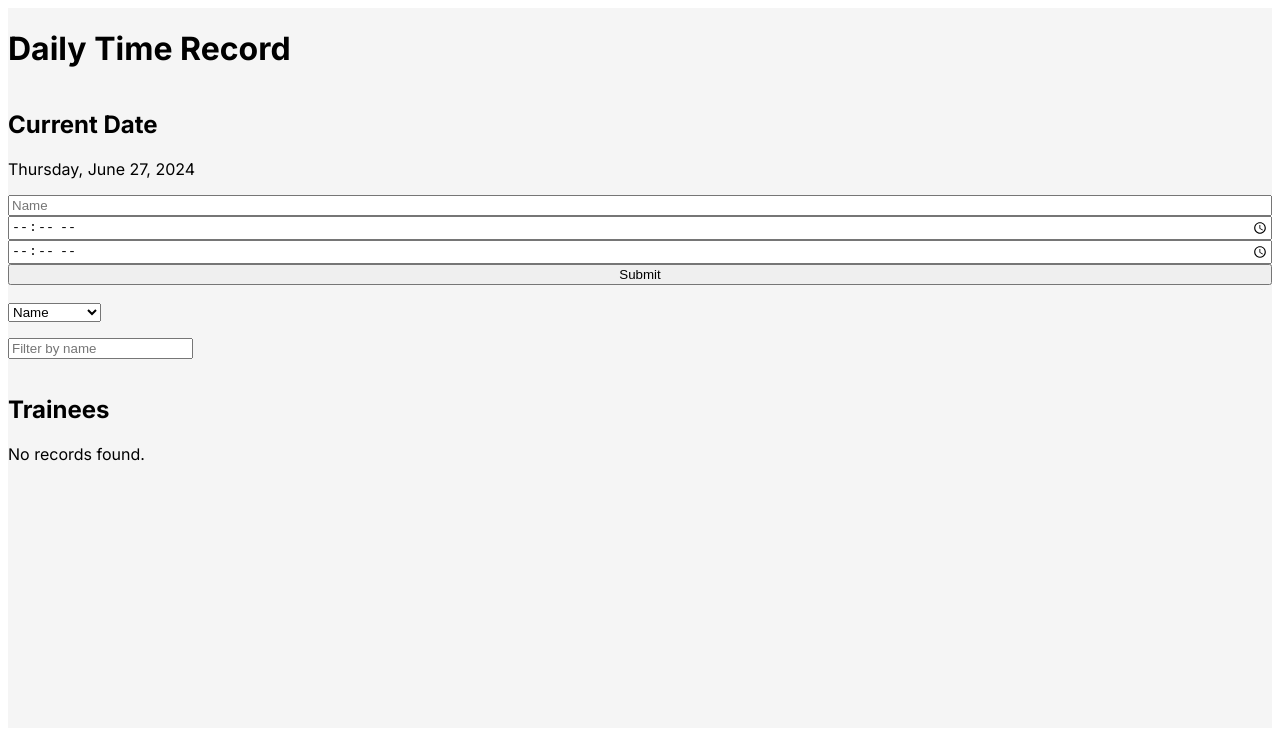
Repository: EeeeeEyyyy/daily_time_record
Page: /
The author's editor kept a copy of each file at every save. The page is drawn from the files as they stood at one save, then again after the next save.
The browser window is 1280 px wide. The pictures show the whole page.
The project was rebuilt for these pictures with package versions that can differ from the ones it lists, and the page was loaded fresh each time. The framework's server and built-in components were replaced by stand-ins that run in the browser. Also part of the build but not shown: next.config.mjs, src/app/globals.css.

Above is the page before, as saved 2024-06-27 14:40:25.

After the next save:
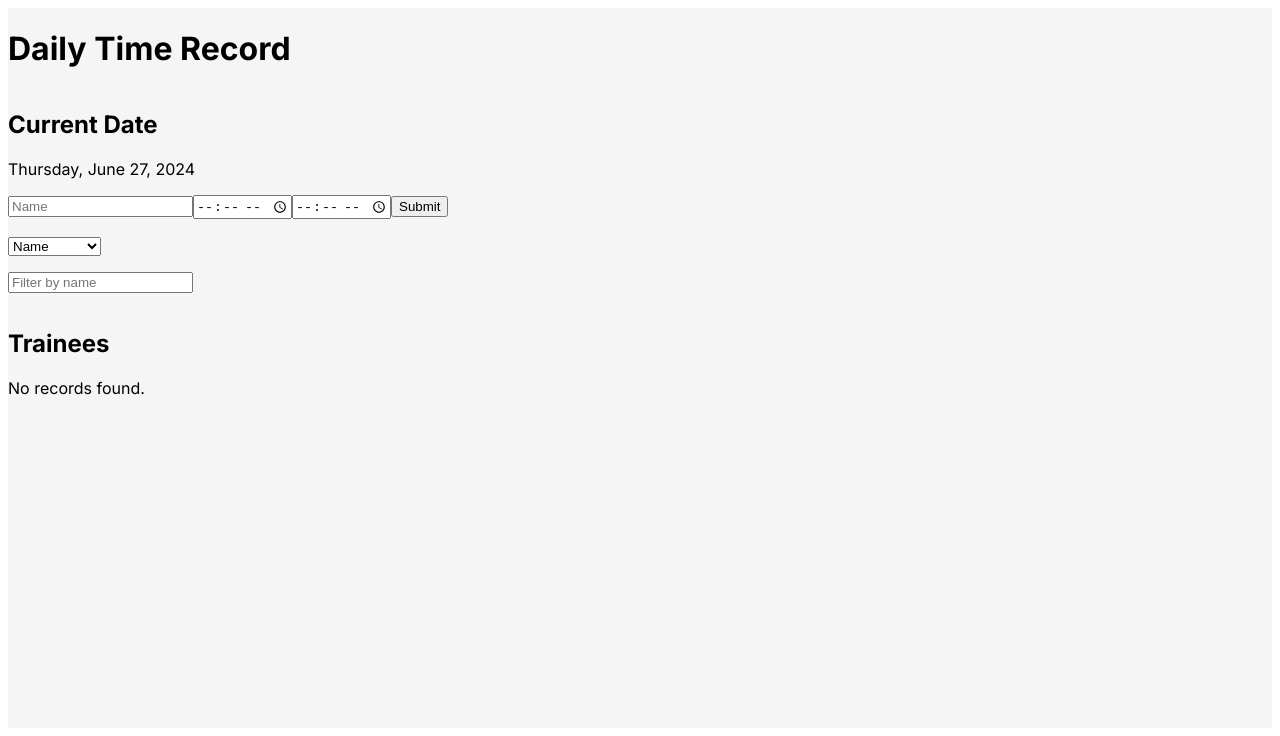
Saved 100 s later.
--- a/src/app/page.js
+++ b/src/app/page.js
@@ -112,7 +112,8 @@ const DailyTimeRecord = () => {
         <h2>Current Date</h2>
         <p>{date}</p>
       </div>
-      <input
+<div>
+        <input
         type="text"
         placeholder="Name"
         value={name}
@@ -151,6 +152,7 @@ const DailyTimeRecord = () => {
           style={{ display: 'block', marginTop: '1rem' }}
         />
       </div>
+</div>
       <div style={{ marginTop: '1rem' }}>
         <h2>Trainees</h2>
         {filteredData.length > 0 ? (
